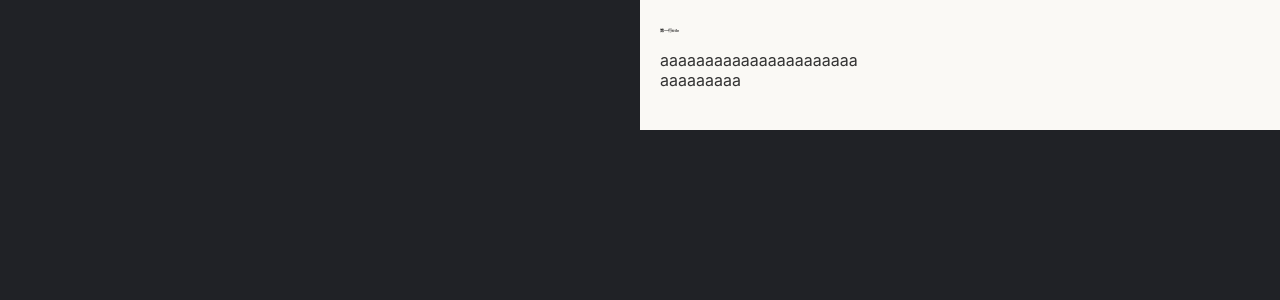
Repository: GuinsooRocky/-Technology-sharing-rocky
Page: /catalog
These files come from the project's save history. The page is drawn as it stood at one moment and after the next save; the edit follows.
The browser window is 1280 px wide. The pictures show the whole page.
The project was rebuilt for these pictures with package versions that can differ from the ones it lists, and the page was loaded fresh each time. Also part of the build but not shown: src/pages/Home/home.less, src/component/Fault/fault.less, src/component/Fault/faultMad.tsx, src/pages/Home/home.tsx.

Above is the page before, as saved 2020-09-20 11:10:38.

### src/App.js
import React from 'react';
import './App.less';
import { BrowserRouter, Route } from 'react-router-dom';

import Home from './pages/Home/home.tsx';
import Catalog from './pages/Catalog/catalog';

function App() {
  return (
    <div className="App">
      <BrowserRouter>
        <header className="App-header">
          <Route path='/' exact component={Home} />
          <Route path='/home' exact component={Home} />
          <Route path='/catalog' exact component={Catalog} />
        </header>
      </BrowserRouter>
    </div>
  );
}

export default App;

### src/App.less
.App {
  min-height: 100vh;
}


.App-header {
  background-color: #202226;
  // background-color: #fff;
  min-height: 100vh;
}

.App-link {
  color: #61dafb;
}

### src/pages/Catalog/catalog.tsx
import React from 'react';
import "../Catalog/catalog.less";
import { useHistory } from 'react-router-dom';

interface Props {}
const Catalog: React.FC<Props> = (props) => {

  // const history = useHistory();
  // const goNext = (e: React.MouseEvent) => {
  //   history.push('/home');
  // }

  return (
    <div className='catalog'>
      <aside className='left'>
      </aside>
      <div className='right'>
        <div className='right-title1 css-header'>
          <div className='css-context' >
            <h4> 第一行title </h4>
            <p>aaaaaaaaaaaaaaaaaaaaaaaaaaaaaaa</p>
          </div>
        </div>
      </div>
    </div>
  )

}

export default Catalog;

### src/pages/Catalog/catalog.less

.Vertical_Center {
  display: inline-block;
  width: 50%;
  height: 100%;
  // display: flex;
  // flex-direction: column;
  // justify-content: center;
  // font-size: calc(10px + 2vmin);
  // align-items: flex-start;
}

.catalog {
  width: 100%;
  height: auto;
  .left {
    float: left;
    background-color: #202226;
    color: #DFDDD9;
    .Vertical_Center;
  }

  .right {
    float: right;
    background-color: #FAF9F5;
    color: rgb(51,51,51);
    .Vertical_Center;
  }
}

.css-header {
  padding-top: 24px;
  padding-bottom: 24px;
  padding-left: 20px;
  max-width: none;
  margin-left: 0;
  margin-right: 0;
  .css-context {
    width: 200px;
    h4 {
      font-size: 4px;
      font-family: Montserrat,sans-serif;
      line-height: 1.1;
      font-weight: 900;
      margin-bottom: 14px;
    }
    p {
      display: block;
      word-wrap: break-word;
      margin-block-start: 1em;
      margin-block-end: 1em;
      margin-inline-start: 0px;
      margin-inline-end: 0px;
    }
  }
}

Loaded but not shown: public/index.html (common file); src/index.js (common file); src/index.css (common file); src/serviceWorker.js (common file)

After the next save:
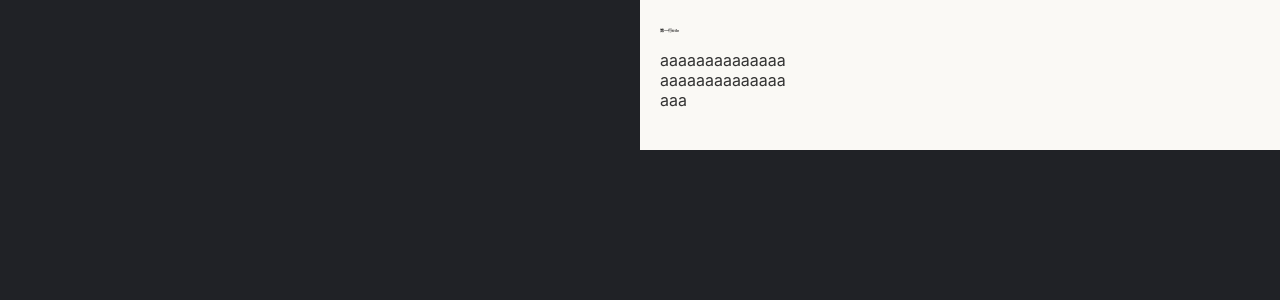
Saved 14 s later.
--- a/src/pages/Catalog/catalog.less
+++ b/src/pages/Catalog/catalog.less
@@ -36,7 +36,7 @@
   margin-left: 0;
   margin-right: 0;
   .css-context {
-    width: 200px;
+    width: 130px;
     h4 {
       font-size: 4px;
       font-family: Montserrat,sans-serif;
